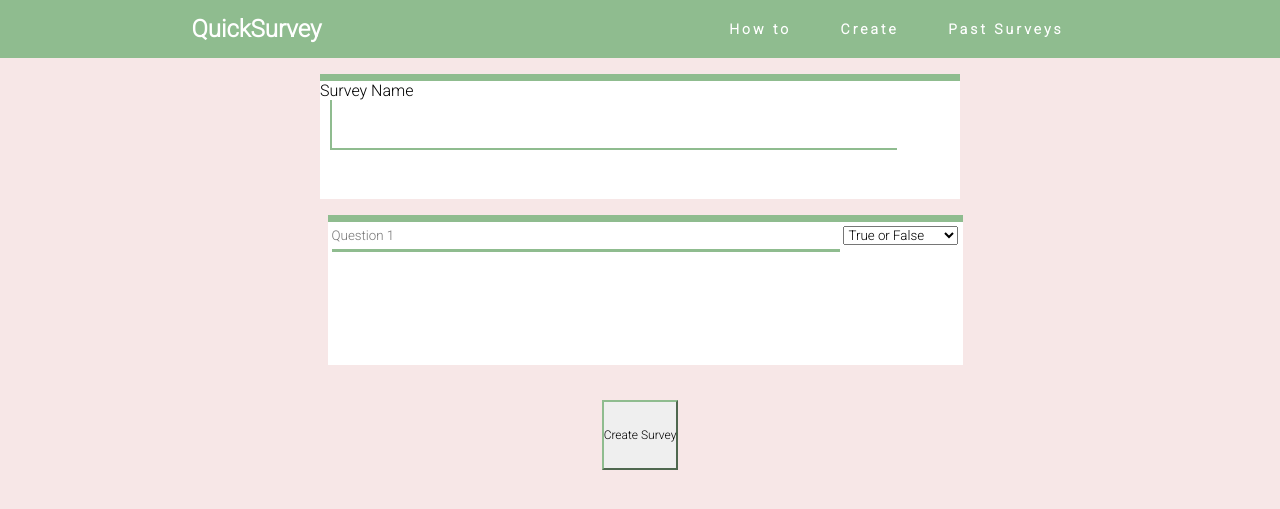
Repository: cakuang1/QuickSurvey
Page: create.html
The author's editor kept a copy of each file at every save. The page is drawn from the files as they stood at one save, then again after a run of saves.
The browser window is 1280 px wide. The pictures show the whole page.
Some web libraries are served in a nearby version.

Above is the page before, as saved 2022-01-08 23:09:55.

After the next 2 saves:
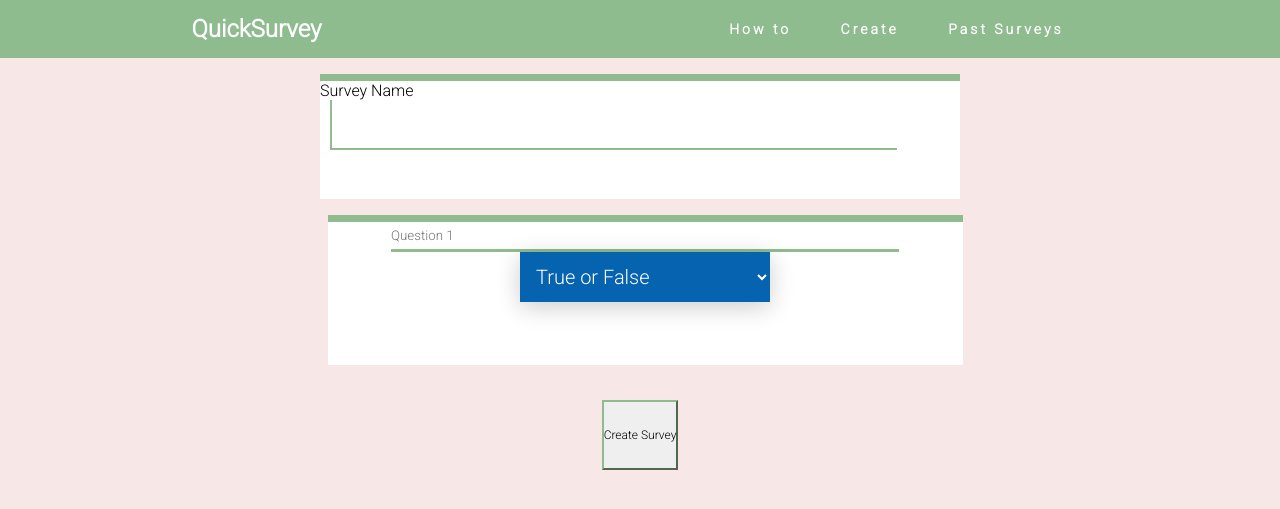
The 2 saves are shown as one change because they came seconds apart.
The last was saved 17 s later.
--- a/style.css
+++ b/style.css
@@ -176,3 +176,16 @@ ol li {
     margin:10px;
     height: 50px;
 }
+
+.formdiv select {
+    background-color: #0563af;
+    color: white;
+    padding: 12px;
+    width: 250px;
+    border: none;
+    font-size: 20px;
+    box-shadow: 0 5px 25px rgba(0, 0, 0, 0.2);
+    -webkit-appearance: button;
+    appearance: button;
+    outline: none;
+  }
